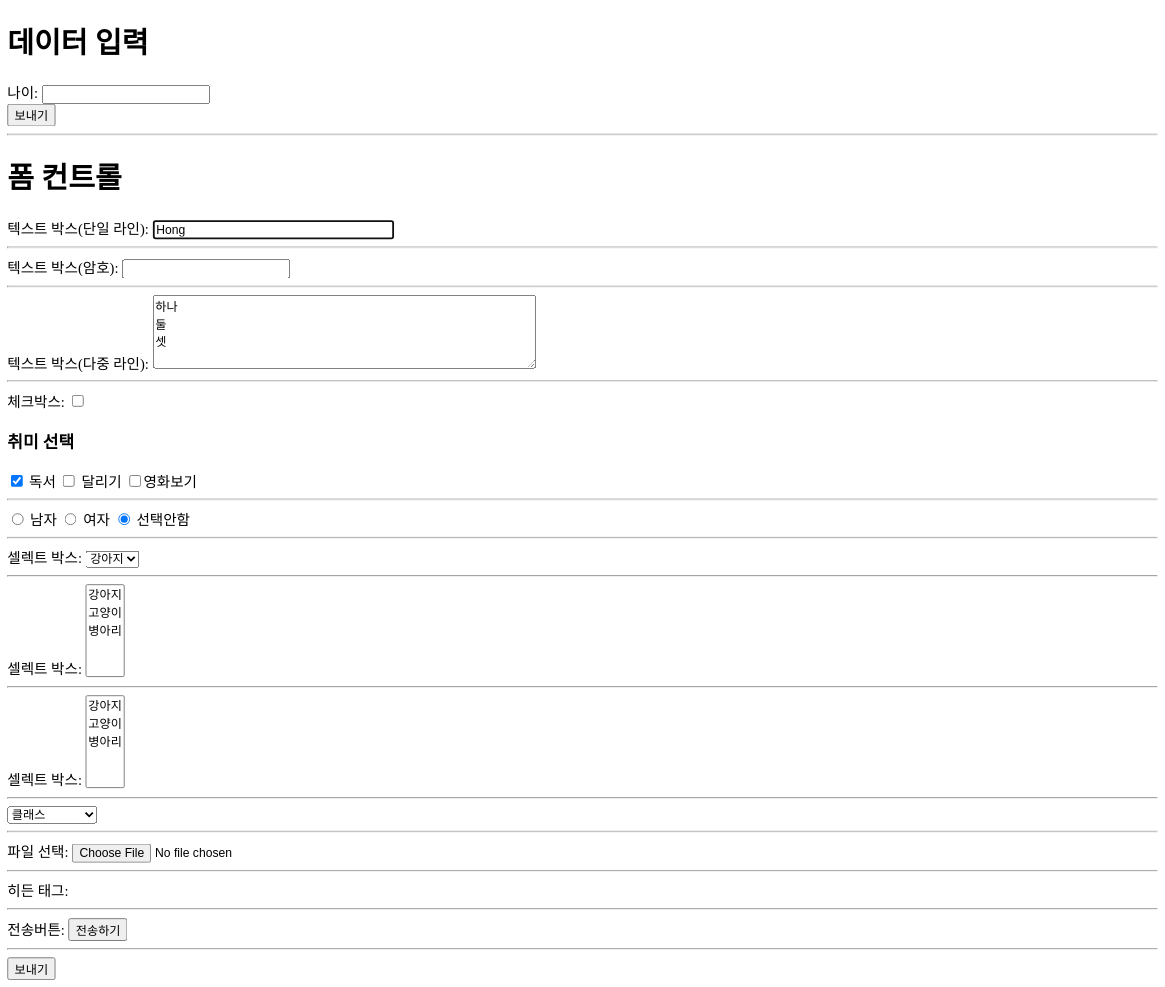
Repository: sujin9335/Front-end
Page: ClientTest/src/main/webapp/html/ex18_form.html
The author's editor kept a copy of each file at every save. The page is drawn from the files as they stood at one save, then again after a run of saves.
The browser window is 1280 px wide. The pictures show the whole page, at 91% of full size.

Above is the page before, as saved 2023-09-21 07:29:24.

After the next 2 saves:
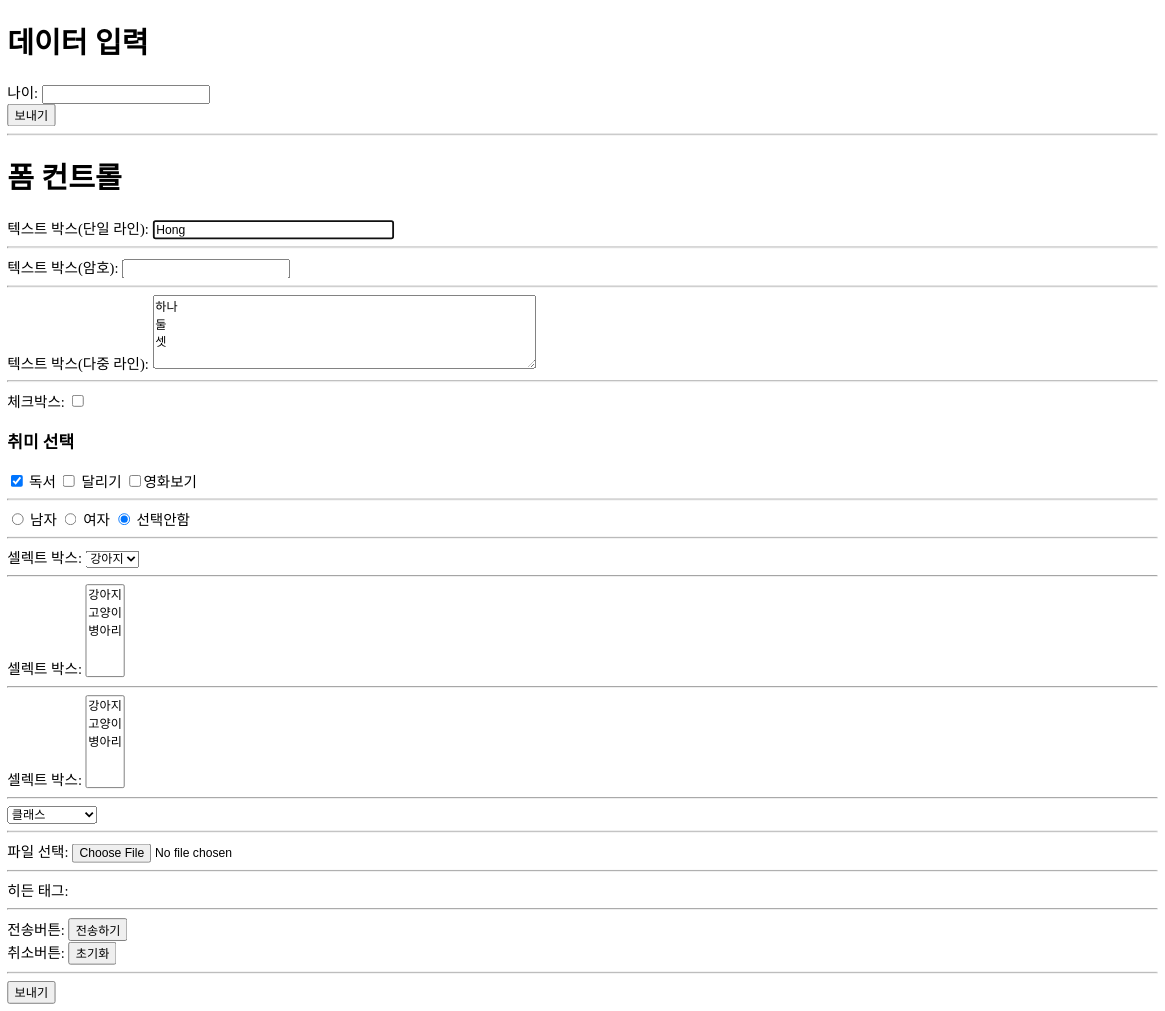
The 2 saves are shown as one change because they came seconds apart.
The last was saved 36 s later.
--- a/ClientTest/src/main/webapp/html/ex18_form.html
+++ b/ClientTest/src/main/webapp/html/ex18_form.html
@@ -221,6 +221,9 @@
 			버튼들
 		-->
 		전송버튼: <input type="submit" value="전송하기">
+		<br>
+
+		취소버튼: <input type="reset" value="초기화">
 
 
 		<hr>
